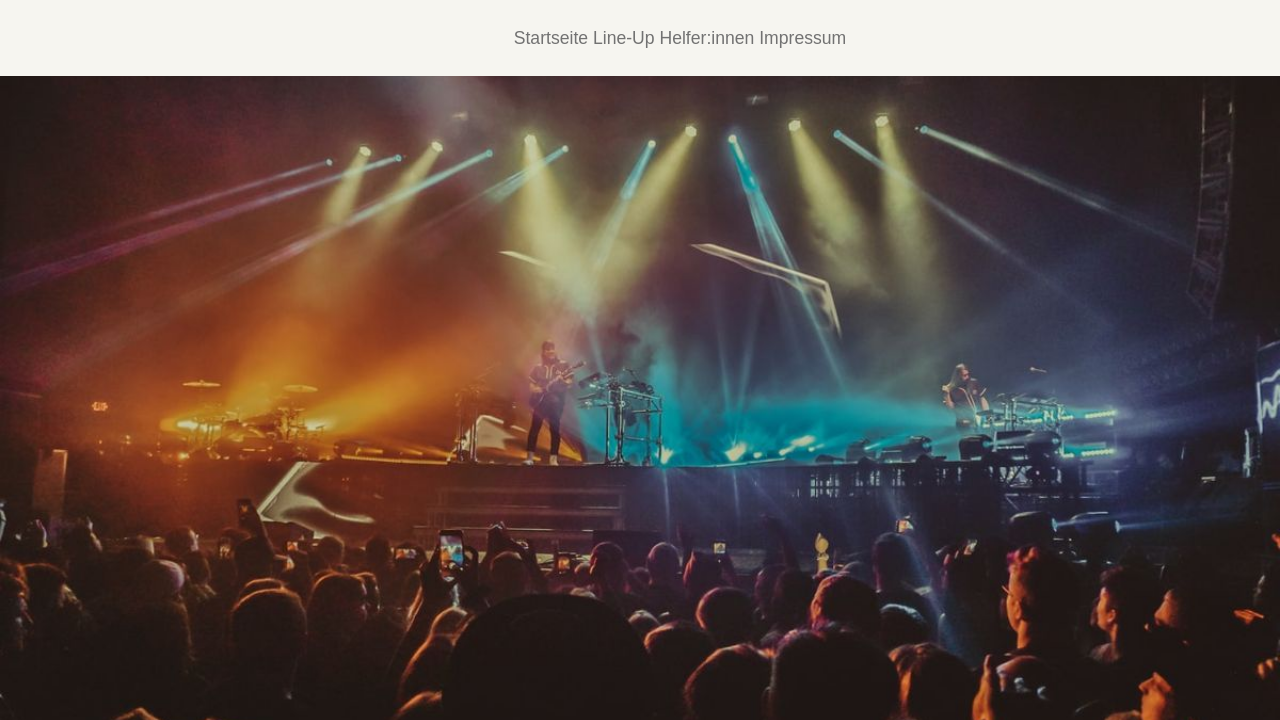
Repository: Hajimohammadi-KI/Web-Technologien
Page: index.html
An editor plug-in stored every save of this project. The page is shown before and after the next save, followed by the edit.
The browser window is 1280 px wide. The pictures show the whole page.

Above is the page before, as saved 2025-10-01 13:55:46.

### index.html
<!DOCTYPE html>
<html lang="en">
<head>
    <meta charset="UTF-8">
    <meta name="viewport" content="width=device-width, initial-scale=1.0">
    <link rel="stylesheet" href="Style.css">
    <title>T01-HTML&CSS</title>
</head>
<body>
    <nav>
      <ul>
        <a href="index.html">Startseite</a>
        <a href="lineup.html">Line-Up</a>
        <a href="helfer.html">Helfer:innen</a>
        <a href="impressum.html">Impressum</a>
      </ul>
    </nav>

    <!-- The alt attribute is used to provide alternative text for the image if it fails to load or if the user visits the page via a screen reader. -->
    <img src="img/spotify-livestreaming-virtual-concerts-feat.jpeg"
        alt="Musicians performing on a brightly lit stage with colorful spotlights
        and smoke effects while a large enthusiastic audience watches and records
        the event with their phones in a dark concert hall filled with energy and
         excitement" class="responsive-img">


</body>
</html>

### Style.css
/*
  Schreibe für alle Zeilen deutsche Kommentare und erkläre die Wörter auf Persisch innerhalb des deutschen Satzes. (برای همه خطوط کامنت آلمانی بنویس و معنی کلمات را به فارسی داخل جمله آلمانی به فارسی بنویس)
*/

/*
  Stile für responsive Bilder. (Stile=استایل‌ها, responsive=واکنش‌گرا, Bilder=تصاویر)
  Die .responsive-img Klasse sorgt dafür, dass Bilder sich an den Container anpassen und das Seitenverhältnis (Seitenverhältnis=نسبت ابعاد) beibehalten.
  Wende diese Klasse auf <img>-Elemente an, damit sie auf verschiedenen Bildschirmgrößen und Geräten (Geräten=دستگاه‌ها) korrekt angezeigt werden.
*/
img.responsive-img {
  width: 100%; /* Die Breite (Breite=عرض) des Bildes ist immer gleich wie die des Elternelements (Elternelements=عنصر والد). */
  height: auto; /* Das Seitenverhältnis (Seitenverhältnis=نسبت ابعاد) des Bildes bleibt erhalten. */
  max-width: 100vw; /* Das Bild wird nie breiter als das Browserfenster (Browserfenster=پنجره مرورگر). */
  display: block; /* Entfernt zusätzlichen Platz (Platz=فضا) unter dem Bild. */
}

@media (max-width: 600px) {
  img.responsive-img {
  max-width: 100%; /* Auf kleinen Seiten (kleinen=کوچک), ist die maximale Breite (maximale Breite=حداکثر عرض) des Bildes gleich wie die des Elternelements. */
  }
}

/* html und body nehmen die gesamte Breite (Breite=عرض) und Höhe (Höhe=ارتفاع) des Viewports (Viewports=صفحه نمایش) ein. */
html, body {
  width: 100vw; /* Gesamte Breite (gesamte=کامل, Breite=عرض) */
  height: 100vh; /* Gesamte Höhe (gesamte=کامل, Höhe=ارتفاع) */
  margin: 0; /* Kein äußerer Abstand (äußerer Abstand=حاشیه بیرونی) */
  padding: 0; /* Kein innerer Abstand (innerer Abstand=فاصله داخلی) */
  overflow: hidden; /* Verhindert zusätzliches Scrollen (zusätzliches Scrollen=اسکرول اضافی) */
}



/* .main-content wird absolut zentriert (absolut=مطلق, zentriert=مرکزچین) und hat maximale Breite (maximale Breite=حداکثر عرض) */
.main-content {
  position: absolute; /* Absolute Positionierung (absolute=مطلق, Positionierung=موقعیت) */
  top: 50%; /* Von oben 50% (oben=بالا) */
  left: 50%; /* Von links 50% (links=چپ) */
  transform: translate(-50%, -50%); /* Zentriert das Element (zentriert=مرکزچین, Element=عنصر) */
  width: 90vw; /* 90% der Viewport-Breite (Viewport-Breite=عرض صفحه) */
  max-width: 1200px; /* Maximale Breite 1200px (maximale Breite=حداکثر عرض) */
  color: #222; /* Textfarbe dunkelgrau (Textfarbe=رنگ متن, dunkelgrau=خاکستری تیره) */
  text-align: center; /* Text zentriert (zentriert=وسط) */
}

h1, h2, h3 {
  color: #333; /* Dunkle Farbe (dunkle Farbe=رنگ تیره) für Überschriften (Überschriften=عناوین) */
  margin-bottom: 10px; /* Abstand unten (Abstand unten=فاصله پایین) für Überschriften */
}

p {
  color: #555; /* Graue Farbe (graue Farbe=رنگ خاکستری) für Absätze (Absätze=پاراگراف‌ها) */
  line-height: 1.6; /* Erhöhte Zeilenhöhe (Zeilenhöhe=ارتفاع خط) für bessere Lesbarkeit (Lesbarkeit=خوانایی) */
  margin-bottom: 15px; /* Abstand unten (Abstand unten=فاصله پایین) für Absätze */
}

/*
  Stile für die Navigationsleiste (Navigationsleiste=نوار ناوبری) und den Container (Container=ظرف).
  Die nav-Stile erzeugen eine horizontale Navigationsleiste mit Abstand (Abstand=فاصله) und Hover-Effekten (Hover-Effekten=افکت هاور).
  Die .container-Klasse zentriert den Inhalt (Inhalt=محتوا) und begrenzt die maximale Breite (maximale Breite=حداکثر عرض) für bessere Lesbarkeit.
*/
nav {
  justify-content: center; /* Zentriert die Navigations-Items (zentriert=مرکزچین, Navigations-Items=آیتم‌های ناوبری) */
  position: fixed; /* Fixiert die Navigationsleiste oben (fixiert=ثابت, oben=بالا) */
  top: 0; /* Richtet die Leiste am oberen Rand (oberen Rand=لبه بالا) aus. */
  /* Entfernt: bottom: 0;  (Redundant für oben fixierte horizontale Navigationsleiste) */
  /* در CSS تگ nav این خط هست: bottom: 0; — این برای horizontal navbar اضافی است و اگر هدف navbar بالای صفحه باشد حذفش کن. */
  width: 100%; /* Die Leiste nimmt die gesamte Breite (gesamte Breite=تمام عرض) ein. */
  z-index: 1000; /* Stellt sicher, dass die Leiste über anderen Elementen (anderen Elementen=سایر عناصر) bleibt. */
  background: #f6f5f0; /* Heller Hintergrund (heller Hintergrund=رنگ پس‌زمینه روشن) für die Navigationsleiste */
  padding: 10px 20px; /* Innenabstand (Innenabstand=فاصله داخلی) für die Navigationsleiste */
  display: flex; /* Zeigt die Items horizontal (horizontal=افقی) an */
  gap: 30px; /* Abstand (Abstand=فاصله) zwischen den Navigations-Items */
  font-family: sans-serif; /* Einfache Schriftart (einfache Schriftart=فونت ساده) für Navigation */
  font-size: 1.1em; /* Größere Schriftgröße (Schriftgröße=اندازه فونت) für Navigation */
}
nav a {
  text-decoration: none; /* Entfernt Unterstreichung (Unterstreichung=خط زیر) von Links */
  color: #727272; /* Graue Farbe (graue Farbe=رنگ خاکستری) für Links */
  transition: color 0.2s; /* Farbeffekt (Farbeffekt=افکت تغییر رنگ) beim Hover */
}
nav a:hover {
  color: #120fda;  /* Blaue Farbe (Blaue Farbe=رنگ آبی) beim Hover */
  border-bottom: 1px solid #444; /* Unterstrich (Unterstrich=خط زیر) beim Hover */
}
nav a:active {
  color: #e00d18; /* Rote Farbe (Rote Farbe=رنگ قرمز) für aktiven Link (برای لینک فعال رنگ قرمز) */
  font-weight: bold; /* Fettere Schrift (Fettere Schrift=فونت ضخیم‌تر) für aktiven Link (برای لینک فعال فونت ضخیم‌تر) */
  border-bottom: 2px solid #df0c0c; /* Stärkerer Unterstrich (Stärkerer Unterstrich=خط زیر ضخیم‌تر) für aktiven Link (برای لینک فعال خط زیر ضخیم‌تر) */

}
nav a.active {
  color: #0de053; /* Grüne Farbe (grüne Farbe=رنگ سبز) für den aktiven Link (برای لینک فعال رنگ سبز) */
  font-weight: bold; /* Fettere Schrift (fettere Schrift=فونت ضخیم‌تر) für den aktiven Link (برای لینک فعال فونت ضخیم‌تر) */
  border-bottom: 2px solid #222121; /* Stärkerer Unterstrich (stärkerer Unterstrich=خط زیر ضخیم‌تر) für den aktiven Link (برای لینک فعال خط زیر ضخیم‌تر) */

}
/*
  Unterschied zwischen a.active und a:active:

  /*
    a.active
    a.active → Selektor für eine Klasse, dauerhaft, manuell gesetzt.
    یعنی وقتی به یک لینک کلاس active بدهیم، همیشه این استایل را دارد تا زمانی که کلاس را برداریم.
    عملکرد: این باعث می‌شود لینک‌هایی که کلاس
     دارند همیشه با استایل مخصوص نمایش داده شوند (مثلاً رنگ سبز و خط زیر ضخیم‌تر)، حتی اگر روی آن کلیک نشده باشد. معمولاً برای نمایش صفحه فعال در منو استفاده می‌شود.active { color: green; }
  /*
    a:active
    a:active → Pseudoklasse, nur während des Klicks aktiv, automatisch vom Browser gesetzt.
    یعنی وقتی روی یک لینک کلیک می‌کنیم، تا زمانی که دکمه ماوس را نگه داشته‌ایم، استایل فعال را می‌گیرد.
    مثال: a:active { color: red; }

*/
/*
  Die .container-Klasse wird verwendet, um den Inhalt (Inhalt=محتوا) auf der Seite zu zentrieren (zentrieren=مرکزچین) und die maximale Breite (maximale Breite=حداکثر عرض) zu begrenzen.
  Ein Container (Container=ظرف) sorgt dafür, dass der Inhalt nicht zu breit (zu breit=خیلی عریض) wird und auf großen Bildschirmen (Bildschirmen=صفحه‌نمایش‌ها) besser lesbar (lesbar=قابل خواندن) bleibt.
  Außerdem wird durch den Innenabstand (Innenabstand=فاصله داخلی) der Inhalt nicht direkt am Rand (Rand=لبه) angezeigt.
  ---
  کلاس .container برای مرکزچین کردن محتوا و محدود کردن حداکثر عرض استفاده می‌شود.
  کانتینر باعث می‌شود محتوا خیلی عریض نشود و در صفحه‌نمایش‌های بزرگ خواناتر باشد.
  همچنین با فاصله داخلی، محتوا به لبه صفحه نمی‌چسبد.
*/
.container {
  max-width: 1200px; /* Maximale Breite (maximale Breite=حداکثر عرض) für Inhalt */
  margin: 0 auto; /* Zentriert den Inhalt (zentriert=مرکزچین, Inhalt=محتوا) */
  padding: 20px; /* Innenabstand (Innenabstand=فاصله داخلی) für Inhalt */
}

After the next save:
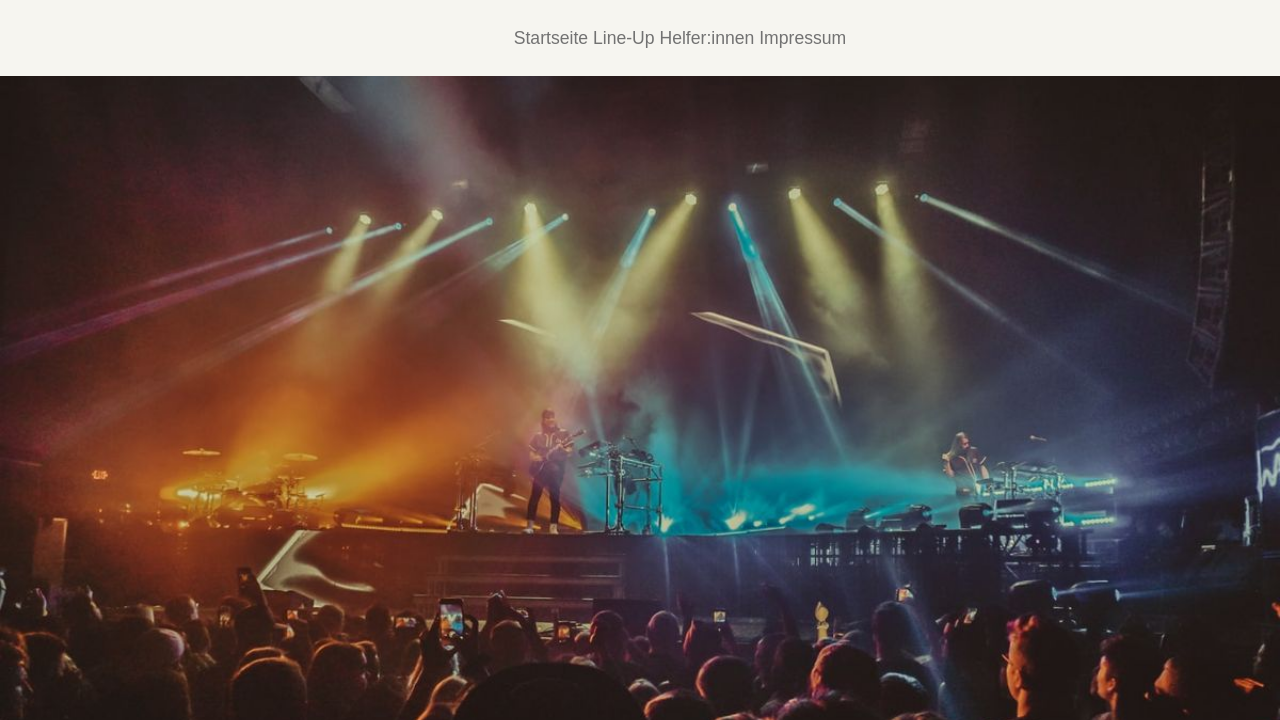
Saved 9 s later.
--- a/index.html
+++ b/index.html
@@ -15,7 +15,7 @@
         <a href="impressum.html">Impressum</a>
       </ul>
     </nav>
-
+    <h1>Willkommen zu unserem Musikfestival!</h1>
     <!-- The alt attribute is used to provide alternative text for the image if it fails to load or if the user visits the page via a screen reader. -->
     <img src="img/spotify-livestreaming-virtual-concerts-feat.jpeg"
         alt="Musicians performing on a brightly lit stage with colorful spotlights
